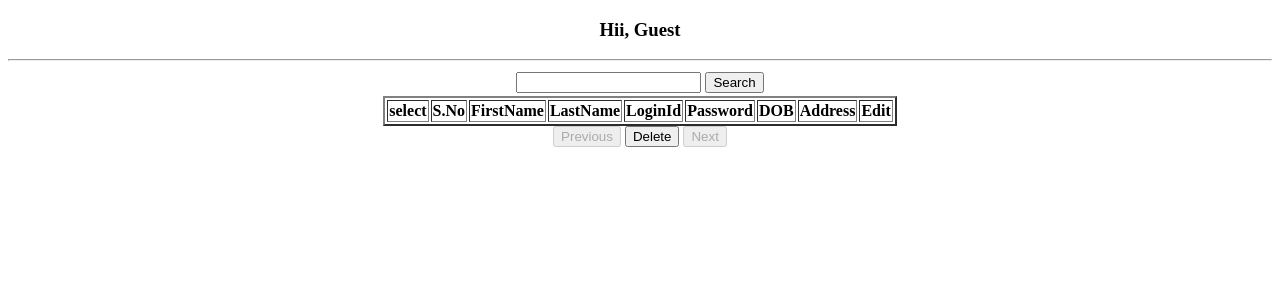
Repository: Jatdevta/AdvanceJava
Page: http://localhost/DynamicProject/UserListCtl
These files come from the project's save history. The page is drawn as it stood at one moment and after the next save; the edit follows.
The browser window is 1280 px wide. The pictures show the whole page.
The page is served by Tomcat 9. Other server files are loaded and not shown. Queries for data that is not in the repository find no rows.

Above is the page before, as saved 2023-08-23 08:05:09.

### Advancejava/DynamicProject/WebContent/UserListView.jsp
<%@page import="java.util.List"%>
<%@page import="java.util.Iterator"%>
<%@ page language="java" contentType="text/html; charset=ISO-8859-1"
	pageEncoding="ISO-8859-1"%>
<!DOCTYPE html>
<html>
<head>
<center>
	<meta charset="ISO-8859-1">
	<title>Insert title here</title>
</head>
<body>
	<form action="UserListCtl" method="post">

		<%@ include file="Header.jsp"%>
		<%
			List list = (List) request.getAttribute("list");
			int pageNo = (int) request.getAttribute("pageNo");
			int nextListSize = (int) request.getAttribute("nextListSize");
			int index = ((pageNo - 1) * 5) + 1;
			Iterator it = list.iterator();
		%>
		<table>
			<tr>
				<th><input type="text" name="firstName"></th>
				<td><input type="submit" name="operation" value="Search"></td>

			</tr>
		</table>


		<table border="2">


			<tr>

				<th>select</th>
				<th>S.No</th>
				<th>FirstName</th>
				<th>LastName</th>
				<th>LoginId</th>
				<th>Password</th>
				<th>DOB</th>
				<th>Address</th>
				<th>Edit</th>

			</tr>
			<%
				while (it.hasNext()) {
					bean = (UserBean) it.next();
			%>
			<tr>

				<td ><input type="checkbox" name="ids" value="<%=bean.getId()%>"></td>


				<td><%=index++%></td>
				<td><%=bean.getFirstName()%></td>
				<td><%=bean.getLastName()%></td>
				<td><%=bean.getLoginId()%></td>
				<td><%=bean.getPassword()%></td>
				<td><%=bean.getDob()%></td>
				<td><%=bean.getAddress()%></td>
				<td><a href="UserCtl?id=<%=bean.getId()%>">edit</a></td>
			</tr>
			<%
				}
			%>

			</center>
		</table>

		<tr>


			<td><input type="hidden" name="pageNo" value="<%=pageNo%>"></td>

			<td><input type="submit" name="operation" value="Previous"
				<%=(pageNo != 1) ? "" : "disabled"%>></td>
					<td><input type="submit" name="operation" value="Delete"></td>
			<td><input type="submit" name="operation" value="Next"
				<%=(nextListSize != 0) ? "" : "disabled"%>></td>


		</tr>

	</form>
</body>
</html>

### Advancejava/DynamicProject/WebContent/Header.jsp
<%@page import="in.co.rays.model.UserModel"%>
<%@page import="in.co.rays.bean.UserBean"%>
<%@ page language="java" contentType="text/html; charset=ISO-8859-1"
	pageEncoding="ISO-8859-1"%>
<!DOCTYPE html>
<html>
<head>
<meta charset="ISO-8859-1">
<title>Insert title here</title>
</head>
<body>
	<%
		UserBean bean = (UserBean) session.getAttribute("user");

	%>

	<%
	if(bean !=null) {

	%>
	<h3>
		Hi....!!!,
		<%=bean.getFirstName()  %>   </h3>
	<a href="UserListCtl">UserList</a>
	<a a href= "MarksheetListCtl">MarkList</a>
<a href="LoginCtl?operation=Logout">Logout</a>
	<a href="LoginCtl?operation=Logout">Logout </a>

	<%} else { %>

	<h3>Hii, Guest</h3>
	<%} %>
	<hr>

</body>
</html>

### Advancejava/DynamicProject/src/in/co/rays/ctl/UserListCtl.java
package in.co.rays.ctl;

import java.io.IOException;
import java.util.List;

import javax.servlet.RequestDispatcher;
import javax.servlet.ServletException;
import javax.servlet.annotation.WebServlet;
import javax.servlet.http.HttpServlet;
import javax.servlet.http.HttpServletRequest;
import javax.servlet.http.HttpServletResponse;

import in.co.rays.bean.UserBean;
import in.co.rays.model.UserModel;
@WebServlet("/UserListCtl")
public class UserListCtl extends HttpServlet{

	@Override
	protected void doGet(HttpServletRequest req, HttpServletResponse resp) throws ServletException, IOException {

		UserModel model = new UserModel();
		int pageNo =1;
		int pageSize =5;

		try {

          List list= model.search(null, pageNo, pageSize);

          List nextList = model.search(null, pageNo +1, pageSize);

			req.setAttribute("list", list);
			req.setAttribute("pageNo", pageNo);
			req.setAttribute("nextListSize", nextList.size());
			RequestDispatcher rd = req.getRequestDispatcher("UserListView.jsp");
			rd.forward(req, resp);

		} catch (Exception e) {
          e.printStackTrace();
		}

	}
	@Override
	protected void doPost(HttpServletRequest req, HttpServletResponse resp) throws ServletException, IOException {




		String op = req.getParameter("operation");

		int pageNo = Integer.parseInt(req.getParameter("pageNo"));

		int pageSize = 5;

		UserBean bean = new UserBean();

		UserModel model = new UserModel();


		if (op.equals("Search")) {


	     	String firstName = req.getParameter("firstName");

	     	bean.setFirstName(firstName);

		}

		if (op.equals("Next")) {
			pageNo++;

		}
		if (op.equals("Previous")) {
           pageNo--;
		}
		if (op.equals("Delete")) {

			String[] ids = req.getParameterValues("ids");
			for (String  id : ids) {
				try {
					model.delete(Integer.parseInt(id));
				} catch (Exception e) {
					// TODO Auto-generated catch block
					e.printStackTrace();
				}
			}
			}



		try {
		List list =	model.search(bean, pageNo, pageSize);

		 List nextList = model.search(bean, pageNo, pageSize);

		req.setAttribute("list", list);

		req.setAttribute("pageNo", pageNo);

		req.setAttribute("nextListSize", nextList.size());

			RequestDispatcher rd = req.getRequestDispatcher("UserListView.jsp");

			rd.forward(req, resp);

		} catch (Exception e) {

			e.printStackTrace();
		}


	}

	}

### Advancejava/DynamicProject/src/in/co/rays/model/UserModel.java
package in.co.rays.model;

import java.sql.Connection;
import java.sql.DriverManager;
import java.sql.PreparedStatement;
import java.sql.ResultSet;
import java.util.ArrayList;
import java.util.List;

import in.co.rays.bean.UserBean;
import in.co.rays.util.JDBCDataSource;

public class UserModel {

	public Integer nextPk() throws Exception {
		int Pk = 0;

		Class.forName("com.mysql.cj.jdbc.Driver");
		Connection cn = DriverManager.getConnection("jdbc:mysql://localhost:3306/advance_java", "root", "root");

	//	Connection cn = JDBCDataSource.getConnection();


		PreparedStatement ps = cn.prepareStatement("select max(id) from user");

		ResultSet rs = ps.executeQuery();

		while (rs.next()) {

			Pk = rs.getInt(1);
		}

		return Pk + 1;

	}

	public void add(UserBean bean) throws Exception {

		Class.forName("com.mysql.cj.jdbc.Driver");

		Connection cn = DriverManager.getConnection("jdbc:mysql://localhost:3306/advance_java", "root", "root");
		PreparedStatement ps = cn.prepareStatement("insert into user values(?,?,?,?,?,?,?)");
		ps.setInt(1, nextPk());
		// ps.setInt(1,bean.getId());
		ps.setString(2, bean.getFirstName());
		ps.setString(3, bean.getLastName());
		ps.setString(4, bean.getLoginId());
		ps.setString(5, bean.getPassword());
     	ps.setDate(6, new java.sql.Date(bean.getDob().getTime()));
    	ps.setString(7, bean.getAddress());


		int i = ps.executeUpdate();

		System.out.println("Data inserted " + i);
	}

	public void update(UserBean bean) throws Exception {
		Class.forName("com.mysql.cj.jdbc.Driver");

		Connection cn = DriverManager.getConnection("jdbc:mysql://localhost:3306/advance_java", "root", "root");
		PreparedStatement ps = cn.prepareStatement("update user set FirstName =?,LastName = ?,LoginId = ?,Password = ?,DOB = ?,Address = ? where id = ?");

		ps.setString(1, bean.getFirstName());
		ps.setString(2, bean.getLastName());
		ps.setString(3, bean.getLoginId());
		ps.setString(4, bean.getPassword());
	   ps.setDate(5, new java.sql.Date(bean.getDob().getTime()));
		ps.setString(6, bean.getAddress());
		ps.setInt(7, bean.getId());

		int i = ps.executeUpdate();

		System.out.println("Data updated " + i);

	}

	public UserBean findByPk(int id) throws Exception {

		Class.forName("com.mysql.cj.jdbc.Driver");
		Connection con = DriverManager.getConnection("jdbc:mysql://localhost:3306/advance_java", "root", "root");
		PreparedStatement ps = con.prepareStatement("select * from user where id =?");

		ps.setInt(1, id);

		ResultSet rs = ps.executeQuery();

		UserBean bean = null;

		while (rs.next()) {
			bean = new UserBean();

			bean.setId(rs.getInt(1));
			bean.setFirstName(rs.getString(2));
			bean.setLastName(rs.getString(3));
			bean.setLoginId(rs.getString(4));
			bean.setPassword(rs.getString(5));
			bean.setDob(rs.getDate(6));
			bean.setAddress(rs.getString(7));


		}
		return bean;

	}




	public List search(UserBean bean, int pageNo, int pageSize) throws Exception {

		Class.forName("com.mysql.cj.jdbc.Driver");

		Connection conn = DriverManager.getConnection("jdbc:mysql://localhost:3306/advance_java", "root", "root");

		StringBuffer sql = new StringBuffer("select * from user where 1=1");

		if (bean != null) {

			if (bean.getFirstName() != null && bean.getFirstName().length() > 0) {

				sql.append(" and FirstName like '" + bean.getFirstName() + "%'");

			}
			if (bean.getId() != 0 && bean.getId() > 0) {

				sql.append(" and id = " + bean.getId());

			}
			if (bean.getLoginId() != null && bean.getLoginId().length() > 0) {

				sql.append(" and LoginId like '" + bean.getLoginId() + "%'");
			}

			if (bean.getDob() != null && bean.getDob().getTime() > 0) {

				sql.append(" and DOB like '" + new java.sql.Date(bean.getDob().getTime()) + "%'");

			}
			if (bean.getAddress() != null && bean.getAddress().length()>0) {
				sql.append(" and Address like '" + bean.getAddress() + "%'");
			}

		}
			if (pageSize > 0) {

				pageNo = (pageNo - 1) * pageSize;

				sql.append(" limit " + pageNo + " , " + pageSize);


		}

		System.out.println(sql.toString());

		PreparedStatement ps = conn.prepareStatement(sql.toString());

		ResultSet rs = ps.executeQuery();

		List list = new ArrayList();

		while (rs.next()) {

			bean = new UserBean();
			bean.setId(rs.getInt(1));
			bean.setFirstName(rs.getString(2));
			bean.setLastName(rs.getString(3));
			bean.setLoginId(rs.getString(4));
			bean.setPassword(rs.getString(5));
			bean.setDob(rs.getDate(6));
			bean.setAddress(rs.getString(7));

			list.add(bean);

		}

		return list;

	}

	public UserBean findByloginId(String loginId) throws Exception {

		Class.forName("com.mysql.cj.jdbc.Driver");
		Connection con = DriverManager.getConnection("jdbc:mysql://localhost:3306/advance_java", "root", "root");
		PreparedStatement ps = con.prepareStatement("select * from user where loginId =?");

		ps.setString(1, loginId);


		ResultSet rs = ps.executeQuery();

		UserBean bean = null;

		while (rs.next()) {
			bean = new UserBean();

			bean.setId(rs.getInt(1));
			bean.setFirstName(rs.getString(2));
			bean.setLastName(rs.getString(3));
			bean.setLoginId(rs.getString(4));
			bean.setPassword(rs.getString(5));
			bean.setDob(rs.getDate(6));
			bean.setAddress(rs.getString(7));


		}
		return bean;

	}

	public UserBean authenticate(String loginId,String password) throws Exception {

		Class.forName("com.mysql.cj.jdbc.Driver");
		Connection con = DriverManager.getConnection("jdbc:mysql://localhost:3306/advance_java", "root", "root");
		PreparedStatement ps = con.prepareStatement("select * from user where LoginId =? and Password =?");

		ps.setString(1, loginId);
		ps.setString(2, password);

		ResultSet rs = ps.executeQuery();

		UserBean bean = null;

		while (rs.next()) {
			bean = new UserBean();

			bean.setId(rs.getInt(1));
			bean.setFirstName(rs.getString(2));
			bean.setLastName(rs.getString(3));
			bean.setLoginId(rs.getString(4));
			bean.setPassword(rs.getString(5));
			bean.setDob(rs.getDate(6));
			bean.setAddress(rs.getString(7));


		}
		return bean;

	}
public void delete(int id) throws Exception {

		Connection con = JDBCDataSource.getConnection();

		PreparedStatement ps = con.prepareStatement("Delete from user where id =?");

		ps.setInt(1, id);

		int i  = ps.executeUpdate();
		 System.out.println("Data Deleted = "+i);

}
}

After the next save:
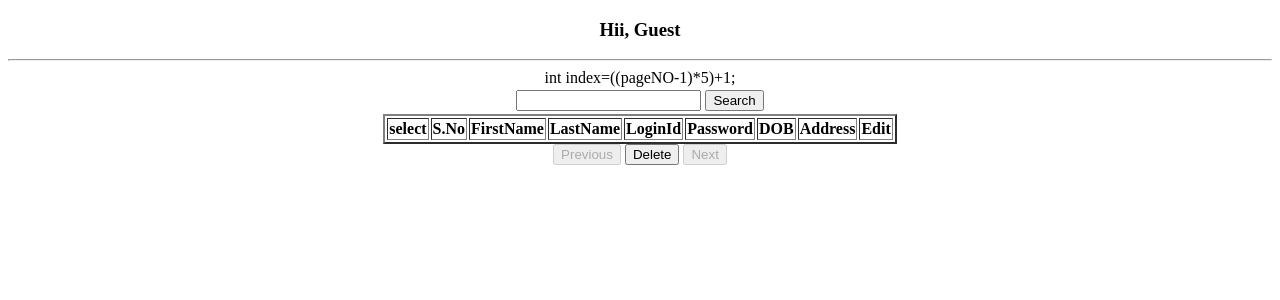
Saved 2 min 13 s later.
--- a/Advancejava/DynamicProject/WebContent/UserListView.jsp
+++ b/Advancejava/DynamicProject/WebContent/UserListView.jsp
@@ -24,6 +24,7 @@
 			<tr>
 				<th><input type="text" name="firstName"></th>
 				<td><input type="submit" name="operation" value="Search"></td>
+				int index=((pageNO-1)*5)+1;
 
 			</tr>
 		</table>

After the 2 saves that followed:
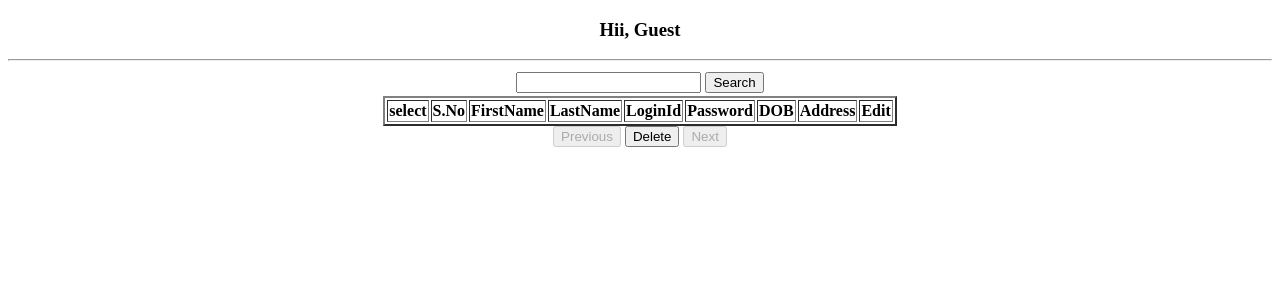
The 2 saves are shown as one change because 1 left the picture as it was.
The last was saved 113 s later.
--- a/Advancejava/DynamicProject/WebContent/UserListView.jsp
+++ b/Advancejava/DynamicProject/WebContent/UserListView.jsp
@@ -24,7 +24,6 @@
 			<tr>
 				<th><input type="text" name="firstName"></th>
 				<td><input type="submit" name="operation" value="Search"></td>
-				int index=((pageNO-1)*5)+1;
 
 			</tr>
 		</table>
@@ -53,8 +52,6 @@
 			<tr>
 
 				<td ><input type="checkbox" name="ids" value="<%=bean.getId()%>"></td>
-
-
 				<td><%=index++%></td>
 				<td><%=bean.getFirstName()%></td>
 				<td><%=bean.getLastName()%></td>
